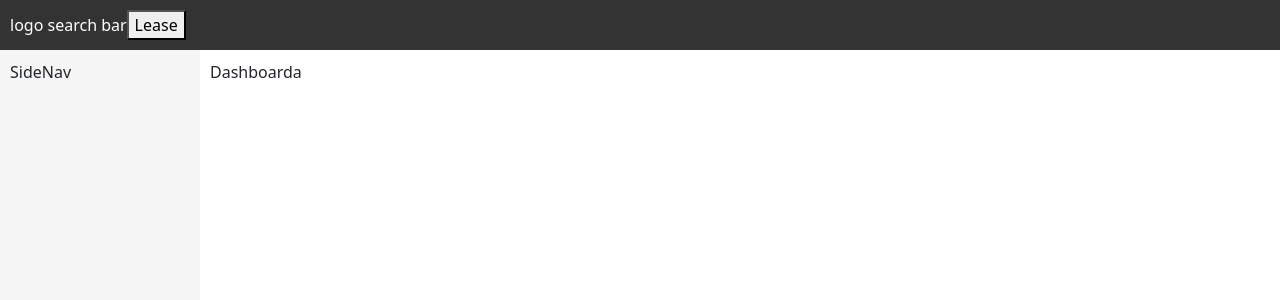
Repository: UNSWSpotFinder/SpotFinder
Page: /dashboard (app in frontend/)
An editor plug-in stored every save of this project. The page is shown before and after the next save, followed by the edit.
The browser window is 1280 px wide. The pictures show the whole page.
The project was rebuilt for these pictures with package versions that can differ from the ones it lists, and the page was loaded fresh each time. Also part of the build but not shown: frontend/src/HomePage.css, frontend/src/Login.css, frontend/src/Login.jsx, frontend/src/Regist.css, frontend/src/Regist.jsx, frontend/src/HomePage.jsx, frontend/src/App.css, frontend/src/components/Bookings.jsx and 3 more.

Above is the page before, as saved 2024-03-09 17:22:18.

### frontend/src/App.jsx
import logo from './logo.svg';
import React, {
  useState,
  useEffect,
  useRef,
  ChangeEvent,
  LabelHTMLAttributes,
  createContext,
  useContext,
  ReactNode,
} from 'react';
import {HomePageLarge,HomePageAdminSmall,HomePageAdminLarge,HomePageSmall} from './HomePage';
import { ErrorProvider, GlobalSnackbar, ErrorContext } from './API';
import { BrowserRouter, Routes, Route, Link } from 'react-router-dom';
import './App.css';

// 导入Dashboard相关页面组件
import DashboardTop from './components/DashboardTop';
import Dashboard from './components/Dashboard';
import Bookings from './components/Bookings';
import Listings from './components/Listings';
import Profile from './components/Profile';
import Messages from './components/Messages';

function App() {
  const [windowWidth, setWindowWidth] = useState(window.innerWidth);
  useEffect(() => {
    // 添加一个事件监听器，以便在窗口大小改变时更新windowWidth状态
    const handleResize = () => {
      setWindowWidth(window.innerWidth);
    };
    window.addEventListener('resize', handleResize);
    // 清除事件监听器以避免内存泄漏
    return () => {
      window.removeEventListener('resize', handleResize);
    };
  }, []);
  let layoutComponentHost;
  let LayoutComponentHome;
  let LayoutDetail;
  if (windowWidth > 760) {
    layoutComponentHost = null;
    LayoutComponentHome = <HomePageLarge/>;
    LayoutDetail = null;
  } else {
    layoutComponentHost = null;
    LayoutComponentHome = <HomePageSmall/>;;
    LayoutDetail = null;
  }
  return(
    <ErrorProvider>
      <GlobalSnackbar/>
        <BrowserRouter>
          <Routes>
            <Route path="/user/*" element={LayoutComponentHome} />
            {/* DashboardTop作为父路由 */}
            <Route path="/dashboard" element={<DashboardTop />}>
            {/* 在DashboardTop内部定义子路由 */}
            <Route index element={<Dashboard />} />
            <Route path="bookings" element={<Bookings />} />
            <Route path="listings" element={<Listings />} />
            <Route path="messages" element={<Messages />} />
            <Route path="profile" element={<Profile />} />
          </Route>
            {/* Keep the wildcard route to catch all and render Home */}
            <Route path="/*" element={LayoutComponentHome} />
          </Routes>
        </BrowserRouter>
    </ErrorProvider>
  )
}

export default App;

### frontend/src/API.jsx
import Alert from '@mui/material/Alert';
import Snackbar from '@mui/material/Snackbar';
import Button from '@mui/material/Button';
import Stack from '@mui/material/Stack';
import React, { useState, useEffect, createContext,useContext } from 'react';

import { styled } from '@mui/material';
const port = '8080';
export const meetErrorLog = (error) => {
    console.log(error);
    let errorText = '';
    // switch case to show the error
    switch (error) {
      case 'info':
        errorText = 'Invalid username or password !';
        break;
      case 'access':
        errorText = 'No permission, please log in first!';
        break;
      default:
        errorText = 'Network error! Please try again.';
        break;
    }
    return errorText;
  };
export const ErrorContext = createContext({
    snackbarData: { severity: 'info', message: '1',timestamp: new Date().getTime()},
    setOpenSnackbar: () => {}, // 提供一个空函数避免调用时出错
  });
export const useError = () => useContext(ErrorContext);
export const ErrorProvider = ({ children }) => {
  const [snackbarData, setSnackbarData] = useState({
    severity: 'success',
    message: '',
    timestamp: new Date().getTime()
  });
  const setOpenSnackbar = (data) => {
    setSnackbarData(data);
  };
  return (
    <ErrorContext.Provider value={{snackbarData,setOpenSnackbar}}>
      {children}
    </ErrorContext.Provider>
  );
};
// The message to be displayed in the Snackbar
export const GlobalSnackbar = () => {
const { snackbarData, setOpenSnackbar } = useError();
// State to manage the visibility of the Snackbar
const [open, setOpen] = useState(false);
  useEffect(() => {
    console.log('Alert severity:', snackbarData.severity);
    console.log('Alert :', snackbarData.message);
    if (snackbarData.message) {
      setOpen(true);
    }
  }, [snackbarData.message, snackbarData.timestamp]);

  const handleClose = (event, reason) => {
    if (reason === 'clickaway') {
      return;
    }
    setOpen(false);
  };

return (
    // Snackbar component with automatic hiding and custom styling
    <Snackbar open={open} autoHideDuration={6000} onClose={handleClose}>
        <Alert onClose={handleClose} severity={snackbarData.severity}>
        {snackbarData.message}
        </Alert>
  </Snackbar>
);
};
export const callAPIsendEmailCode = (path,input)=>{
    return new Promise((resolve, reject) =>{
        fetch('http://localhost:'+String(port)+'/'+String(path),{
        method:'POST',
        headers: { 'Content-Type': 'application/json' },
        body:JSON.stringify(input),
        })
        .then((response)=>{
            if(response.ok){
                console.log('success');
                console.log(response);
                return resolve(response);
            }
            else if (response.status===400){
                const errorReason = 'Email not correct!';
                return reject(errorReason);
            }
            else{
                const errorReason = 'There is a problem with the network connection!';
                return reject(errorReason);
            }
        })
        .catch((error)=>{
            console.log(error);
        })
    })

}
export const callAPIverifyEmailCode = (path,input)=>{
    return new Promise((resolve, reject) =>{
        console.log(input);
        console.log('http://localhost:'+String(port)+'/'+String(path));
        fetch('http://localhost:'+String(port)+'/'+String(path),{
        method:'POST',
        headers: { 'Content-Type': 'application/json' },
        body:JSON.stringify(input),
        })
        .then((response)=>{
            if(response.ok){
                console.log('success');
                return resolve(response.json());
            }
            else if (response.status===400){
                const errorReason = 'Incorrect verification code.';
                return reject(errorReason);
            }
            else{
                const errorReason = 'There is a problem with the network connection!';
                return reject(errorReason);
            }
        })
        .catch((error)=>{
            console.log(error);
        })
    })

}
export const callAPIloginUser=(path,input)=>{

}
// 用户注册
export const callAPIRegistUser=(path,input)=>{
     return new Promise((resolve, reject) =>{
        console.log(input);
        console.log('http://localhost:'+String(port)+'/'+String(path));
        fetch('http://localhost:'+String(port)+'/'+String(path),{
        method:'POST',
        headers: { 'Content-Type': 'application/json' },
        body:JSON.stringify(input),
        })
        .then((response)=>{
            if(response.ok){
                console.log('success');
                return resolve(response.json());
            }
            else if (response.status===417){
                const errorReason = 'This email has been registed!';
                return reject(errorReason);
            }
            else{
                const errorReason = 'There is a problem with the network connection!';
                return reject(errorReason);
            }
        })
        .catch((error)=>{
            console.log(error);
        })
    })
}
// 用户登录
export const callAPILoginUser=(path,input)=>{
    return new Promise((resolve, reject) =>{
       console.log(input);
       console.log('http://localhost:'+String(port)+'/'+String(path));
       fetch('http://localhost:'+String(port)+'/'+String(path),{
       method:'POST',
       headers: { 'Content-Type': 'application/json' },
       body:JSON.stringify(input),
       })
       .then((response)=>{
           if(response.ok){
               console.log('success');
               return resolve(response.json());
           }
           else if (response.status===401){
               const errorReason = 'Username does not exist or password is incorrect!';
               return reject(errorReason);
           }
           else{
               const errorReason = 'There is a problem with the network connection!';
               return reject(errorReason);
           }
       })
       .catch((error)=>{
           console.log(error);
       })
   })
}
// 密码修改
export const callAPIResetPwdUser=(path,input)=>{
    return new Promise((resolve, reject) =>{
       console.log(input);
       console.log('http://localhost:'+String(port)+'/'+String(path));
       fetch('http://localhost:'+String(port)+'/'+String(path),{
       method:'POST',
       headers: { 'Content-Type': 'application/json' },
       body:JSON.stringify(input),
       })
       .then((response)=>{
           if(response.ok){
               console.log('success');
               return resolve(response.json());
           }
           else if (response.status===401){
               const errorReason = 'Username does not exist or password is incorrect!';
               return reject(errorReason);
           }
           else{
               const errorReason = 'There is a problem with the network connection!';
               return reject(errorReason);
           }
       })
       .catch((error)=>{
           console.log(error);
       })
   })
}

### frontend/src/components/DashboardTop.jsx
import React from 'react';
import { Outlet } from 'react-router-dom';
import './DashboardTop.css';

const DashboardTop = () => {
  return (
    <div className="dashboard-top">
      <div className="top-nav">
        <span>logo </span>
        <span>search bar</span>
        <button>Lease</button>

      </div>
      <div className="content-area">
        <div className="side-nav">SideNav</div>
        <div className="main-content">
          <Outlet />
        </div>
      </div>
    </div>
  );
};

export default DashboardTop;

### frontend/src/components/Dashboard.jsx
import React from 'react';
import DashboardTop from './DashboardTop';

const Dashboard = () => {
  // 组件的状态和逻辑

  return (
    <div className='Dashboard'>
      {/* 组件的JSX结构 */}
      Dashboarda
    </div>
  );
}

export default Dashboard;

### frontend/src/components/DashboardTop.css
/* DashboardTop.css */

/* 整体布局 */
.dashboard-top {
    display: flex;
    flex-direction: column;
    height: 100vh; /* 使布局填满整个视口高度 */
  }

  /* 顶部导航样式 */
  .top-nav {
    background-color: #333; /* 暗色背景 */
    color: #fff; /* 白色文字 */
    padding: 10px; /* 内边距 */
  }

  /* 内容区域样式，包含侧边导航和主内容区 */
  .content-area {
    display: flex;
    flex-grow: 1; /* 占据剩余空间 */
  }

  /* 侧边导航样式 */
  .side-nav {
    background-color: #f5f5f5; /* 浅色背景 */
    width: 200px; /* 定宽 */
    padding: 10px; /* 内边距 */
  }

  /* 主内容区域样式 */
  .main-content {
    flex-grow: 1; /* 占据剩余空间 */
    padding: 10px; /* 内边距 */
  }

Loaded but not shown: frontend/public/index.html (common file); frontend/src/index.js (common file); frontend/src/index.css (common file); frontend/src/reportWebVitals.js (common file)

After the next save:
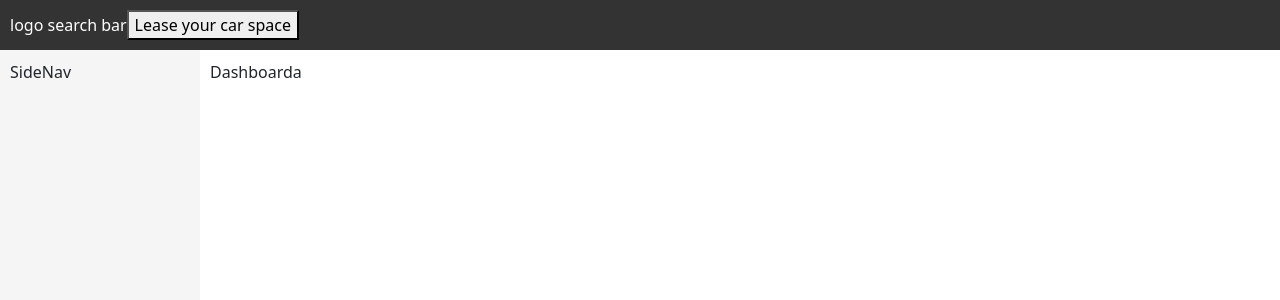
Saved 6 s later.
--- a/frontend/src/components/DashboardTop.jsx
+++ b/frontend/src/components/DashboardTop.jsx
@@ -8,7 +8,7 @@ const DashboardTop = () => {
       <div className="top-nav">
         <span>logo </span>
         <span>search bar</span>
-        <button>Lease</button>
+        <button>Lease your car space</button>
 
       </div>
       <div className="content-area">
